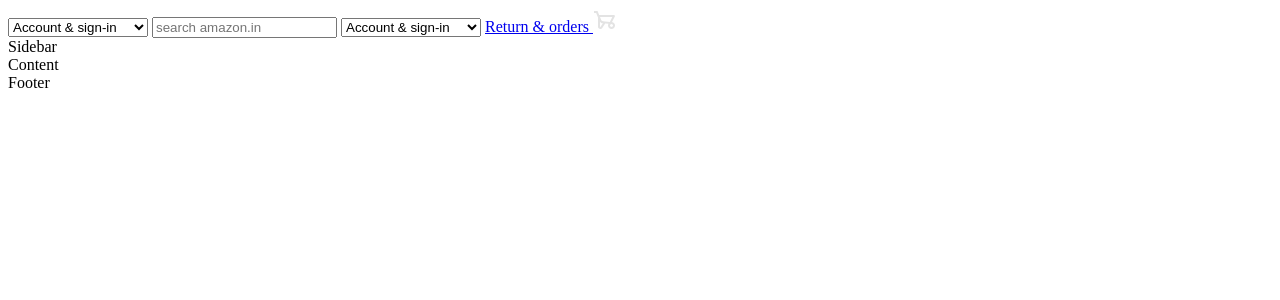
Repository: sristigupta04/basic-js-project
Page: amazon/ami.html
An editor plug-in stored every save of this project. The page is shown before and after the next save, followed by the edit.
The browser window is 1280 px wide. The pictures show the whole page.

Above is the page before, as saved 2025-11-01 22:46:52.

### amazon/ami.html
<!DOCTYPE html>
<html lang="en">
<head>
    <meta charset="UTF-8">
    <meta name="viewport" content="width=device-width, initial-scale=1.0">
    <title>Amazon page</title>
    <link rel="stylesheet" href="ami.css"/>
</head>
<body>
    <div class="container">
  <div class="item">
    <div class="navar">
    <a href="#" >  <i class="fa-solid fa-house"></i></a>
<div class="input">
   <select name="tools" id="tool">
  <option value="">Account & sign-in</option>
  <option value="dog">baby wishlist</option>
  <option value="cat">Your account</option>
  <option value="hamster">your wish list</option>
  <option value="parrot">keep shooping </option>
  <option value="spider">yoyr recomendation</option>
  <option value="goldfish">prime account</option>
</select>
<input type="text" placeholder="search amazon.in"/>
<a href="#"><i class="fa-solid fa-magnifying-glass"></i></a>
<!-- select-->
 <select name="tools" id="tool">
  <option value="">Account & sign-in</option>
  <option value="dog">baby wishlist</option>
  <option value="cat">Your account</option>
  <option value="hamster">your wish list</option>
  <option value="parrot">keep shooping </option>
  <option value="spider">yoyr recomendation</option>
  <option value="goldfish">prime account</option>
</select>
<a href="#">Return & orders </a>

        <svg xmlns="http://www.w3.org/2000/svg"
         height="24px"
         viewBox="0 -960 960 960"
         width="24px"
         fill="#e3e3e3"><path d="M292-120q-38 0-65-27.5T200-213v-371l-73-176H40v-80h141l66 160h591q23 0 35 19t1 39L760-399q51 8 85.5 47t34.5 92q0 58-40.5 99T741-120q-59 0-99.5-41T601-260q0-20 5-37t14-33l-131-12-120 180q-13 20-33.5 31T292-120Zm382-285 99-195H280l50 120q8 20 25.5 33.5T396-431l278 26ZM293-201q2 0 9-5l97-144q-49-5-77-23.5T280-412v200q0 5 4 8t9 3Zm447 1q26 0 43-17.5t17-42.5q0-26-17-43t-43-17q-25 0-42.5 17T680-260q0 25 17.5 42.5T740-200Zm-66-205-278-26 278 26Z"/></svg>

    </div>

    <div class="navbar-second"></div>
  </div>


  <div class="item">Sidebar</div>


  <div class="item">Content</div>
  <div class="item">Footer</div>
    </div>
    <script src="ami.js"></script>
</body>
</html>

### amazon/ami.css
.container {
  display: flex;
  gap: 2%;
  flex-wrap: wrap;
  align-content: start;
}

.item:nth-child(1),
.item:nth-child(4) {
  width: 100%;
  height: 5%;
}

.item:nth-child(2) {
  width: 25%;
  height: 75%;
}

.item:nth-child(3) {
  flex-grow: 1;
  height: 75%;
}

Loaded but not shown: amazon/ami.js (no stored copy; drawn as an empty file)

After the next save:
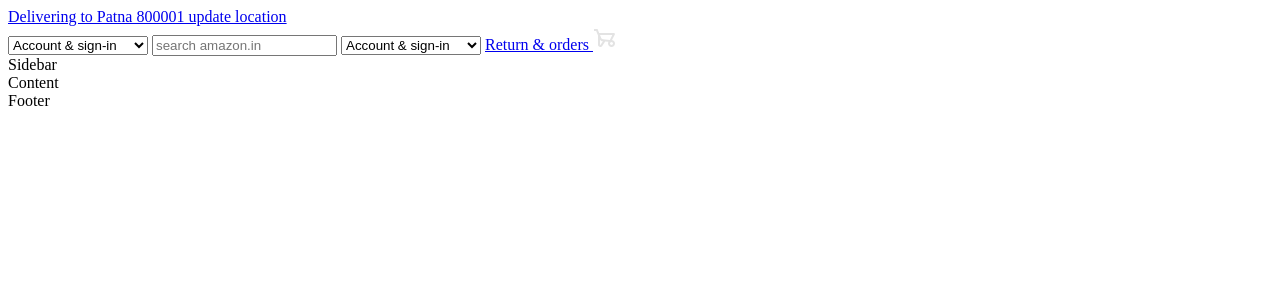
Saved 82 s later.
--- a/amazon/ami.html
+++ b/amazon/ami.html
@@ -10,7 +10,12 @@
     <div class="container">
   <div class="item">
     <div class="navar">
-    <a href="#" >  <i class="fa-solid fa-house"></i></a>
+        <div class="addres">
+            <a href="#"> Delivering to Patna 800001
+                update location
+            </a>
+        </div>
+    <a href="#" ><i class="fa-solid fa-house"></i></a>
 <div class="input">
    <select name="tools" id="tool">
   <option value="">Account & sign-in</option>
